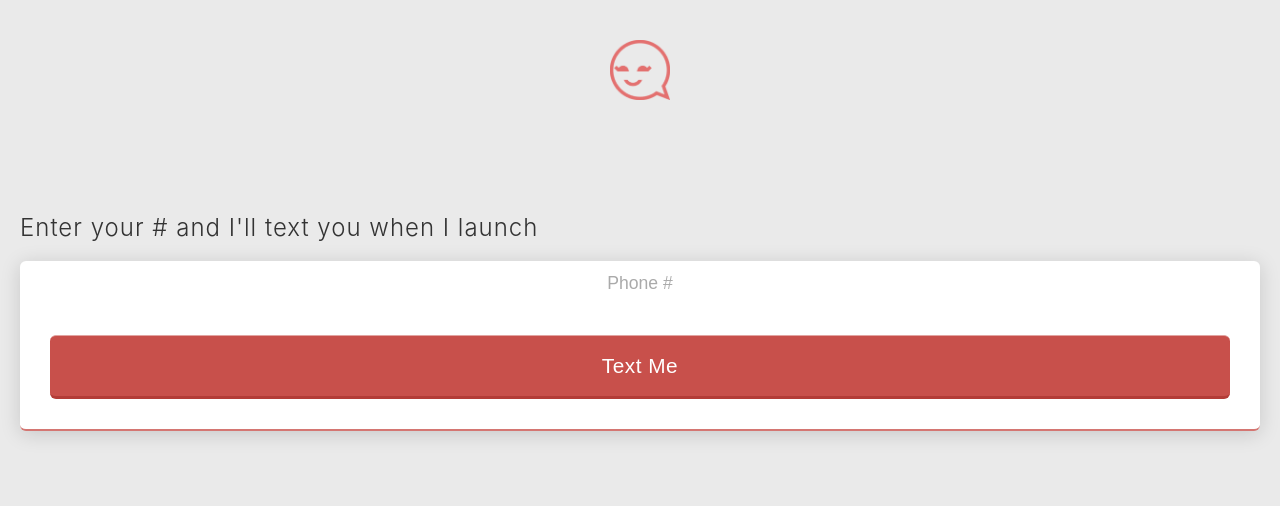
Repository: mattbobgithub/rosybot-ui
Page: rosybot-ui/dist/index.html
The author's editor kept a copy of each file at every save. The page is drawn from the files as they stood at one save, then again after the next save.
The browser window is 1280 px wide. The pictures show the whole page.
Some web libraries are served in a nearby version.

Above is the page before, as saved 2017-10-14 16:20:20.

### rosybot-ui/dist/index.html
<!DOCTYPE html>
<html>
<head>
<meta charset="utf-8">
<meta http-equiv="X-UA-Compatible" content="IE=edge">
<meta name="viewport"
	content="width=device-width, initial-scale=1, maximum-scale=1, minimum-scale=1, user-scalable=no, minimal-ui">
<title>Rosybot</title>
<link rel="shortcut icon" href="favicon.png" type="image/x-icon">
<link href="normalize.css" rel="stylesheet">
<link href="index.css" rel="stylesheet">
</head>
<body>
	<div class="logo"></div>
	<div class="container">
		<div class="confirm-message" id="confirmMessage"></div>
		<h2 id="welcomeMessage"></h2>
		<form id="rosy_custobmer_subscribe_form">
			<div class="form-groups">
				<div class="form-group"
					style="margin-left: 30px; margin-right: 30px">

					<input class="subscribe-phone" id="customerPhone" type="tel"
						placeholder="Phone #" onchange="changePhoneNumber(this)">

					<div class="bottom-buttons" id="rosyClickableArea">

						<button class="full" type="submit">Text Me</button>

					</div>


				</div>
			</div>
			<!--/ .input-group -->

		</form>



	</div>

	<script
		src="https://ajax.googleapis.com/ajax/libs/jquery/1.11.2/jquery.min.js"></script>
	<script type="text/javascript" src="js/index.js"></script>
</body>

<div id="rosySpinnerOverlay" class="modal"></div>
</html>

### rosybot-ui/dist/index.css
html {
	box-sizing: border-box;
}

*, *:before, *:after {
	box-sizing: inherit;
}

::-webkit-input-placeholder {
	color: #aaa;
}

body {
	padding: 20px;
	font-family: -apple-system, BlinkMacSystemFont, 'Segoe UI', Roboto,
		Helvetica, Arial, sans-serif, 'Apple Color Emoji', 'Segoe UI Emoji',
		'Segoe UI Symbol';
	line-height: 1.5;
	background: #eaeaea;
	color: #444;
	font-weight: 200;
}

.modal {
    display:    none;
    position:   fixed;
    z-index:    1000;
    top:        0;
    left:       0;
    height:     100%;
    width:      100%;
    background: rgba( 255, 255, 255, .8 )
                url('rosy-spinner.gif')
                50% 50%
                no-repeat;
}

/* When the body has the loading class, we turn
   the scrollbar off with overflow:hidden */
body.loading {
    overflow: hidden;
}

/* Anytime the body has the loading class, our
   modal element will be visible */
body.loading .modal {
    display: block;
}

h2 {
	color: #333333;
	font-weight: 300;
	letter-spacing: 1px;
	margin-top: 30px;
	margin-bottom: 15px;
}

h2:first-of-type {
	margin-top: 0;
}

.form-groups {
	background: white;
	box-shadow: 0 3px 20px rgba(0, 0, 0, 0.15);
	border-radius: 6px;
	border-bottom: solid 2px #d47672;
}

.form-group {
	border-bottom: 1px solid #eee;
}

.form-group:last-of-type {
	border-bottom: none;
}

.form-group label {
	display: block;
	font-size: 85%;
	padding: 8px 12px 0 12px;
	font-weight: 400;
}

.form-group input {
	padding: 5px 0;
	display: block;
	width: 100%;
	font-size: 110%;
	padding: 12px;
	background: transparent;
	font-weight: 300;
}

input {
	border: none;

}

.subscribe-phone{
	text-align: center;

}
.logo {
	height: 60px;
	background: url("rosybot_red.png");
	background-repeat: no-repeat;
	background-position: center;
	background-size: contain;
	margin: 20px 0 30px 0;
}

.bottom-buttons {
	margin: 30px 0;
}

button.full {
	background: #c8504b;
	display: block;
	border: none;
	width: 100%;
	padding: 15px;
	border-top: solid 1px #e2a4a1;
	border-bottom: solid 3px #b33c37;
	border-radius: 6px;
	color: white;
	font-weight: 300;
	font-size: 130%;
	letter-spacing: 0.5px;
	height: 64px;

}

button.full.primary {
	border-top: solid 1px #d67e7a;
	padding: 8px;
	background: #ac3934;
	border-bottom-color: #8c2f2b;
	margin-bottom: 20px;

}

.select-wrapper {
	padding: 5px 10px 10px 10px;
}

select {
	border: solid 1px #aaa;
	display: block;
	padding: 8px;
	width: 100%;
	font-size: 110%;
	font-weight: 300;
	border-radius: 4px;
	border-bottom: solid 2px #da8986;
}

.textarea-wrapper {
	padding: 5px 10px 10px 10px;

}

.order-total-wrapper {
	padding: 5px 10px 10px 10px;
		font-weight: 500;
}

textarea {
	border: solid 1px #aaa;
	display: block;
	padding: 8px;
	width: 100%;
	font-size: 110%;
	font-weight: 300;
	border-radius: 4px;
	border-bottom: solid 2px #da8986;
}

.image-wrapper {
	padding: 5px 10px 10px 10px;
}

.confirm-message{
	padding: 40px;
	color: #ac3934;
}

### rosybot-ui/dist/js/index.js
$(document)
		.ready(
				function() {


					var welcomeMessage = "Enter	your # and I'll text you when I launch";

					$('#welcomeMessage').text(welcomeMessage);

					//hide submit button until phone number input is valid
					$('#rosy_customer_subscribe_button').attr('disabled','disabled');


				});





function changePhoneNumber(data){
	var phoneNum = data.value;
	phoneNum = phoneNum.replace(/\D/g,'');
	console.log("phone change:" + phoneNum);
	if(phoneNum.length>=10){
		console.log("phone valid");
		$('#rosy_customer_subscribe_button').removeAttr('disabled');

		document.forms['rosy_custobmer_subscribe_form'].elements['customerPhone'].value = formatPhoneNumber(phoneNum);

	}else{
		console.log("phone INvalid");
	}


}


function formatPhoneNumber(s) {
  var s2 = (""+s).replace(/\D/g, '');
	  var output;
	  if(s2.length>=10){
		s2 = s2.substr(0,10);
	  var m = s2.match(/^(\d{3})(\d{3})(\d{4})$/);
	  output = m[1] + "-" + m[2] + "-" + m[3];
	  }else{
		  output = s;
	  }

	   return output;
	}




$('#rosy_custobmer_subscribe_form').submit(function(e){
	//
//	        // Stop form submission & check the validation
	        e.preventDefault();
        var phoneNum = $('#customerPhone').val();
	        console.log(phoneNum);

	        $('#welcomeMessage').css({'color':'red', 'font-size': '150%' });
	    	$('#welcomeMessage').text('THANKS! Rosy will text you when she launches');



	    	$.ajax({
	    				type : 'POST',
	    				url : 'https://a61pwasdn9.execute-api.us-east-1.amazonaws.com/custApiStage1/api/rosycustomer',
	    				data : JSON.stringify ({customerPhone: phoneNum}),
	    				success : function(data) {
	    					console.log('successful update customer:' + data);

	    					//display message
	    				},
	    				 error: function(data) {
	    				       console.log("error on subscribe rosy." + data);
	    				       $('#welcomeMessage').text('Oops, Rosy had a problem, please try later');

	    				    },
	    				contentType : "application/json",
	    				dataType : 'json'
	    			});



			$("#rosy_custobmer_subscribe_form :input").attr("disabled", true);

	    	//return false to prevent page reload
	    	 return false;

});








Array.prototype.move = function(from, to) {
	this.splice(to, 0, this.splice(from, 1)[0]);
};

function objectifyForm(formArray) {// serialize data function

	var returnArray = {};
	for (var i = 0; i < formArray.length; i++) {

		//find delivery date
		returnArray[formArray[i]['name']] = formArray[i]['value'];
	}
	return returnArray;
}

function objectifyForm(formArray) {// serialize data function

	var returnArray = {};
	for (var i = 0; i < formArray.length; i++) {

		//find delivery date
		returnArray[formArray[i]['name']] = formArray[i]['value'];
	}
	return returnArray;
}


function convertPhoneForSave(phone){
	phone = phone.replace(/\D/g,'');
	phone = '1'+phone;
	return phone;
}

Loaded but not shown: rosybot-ui/dist/normalize.css (library)

After the next save:
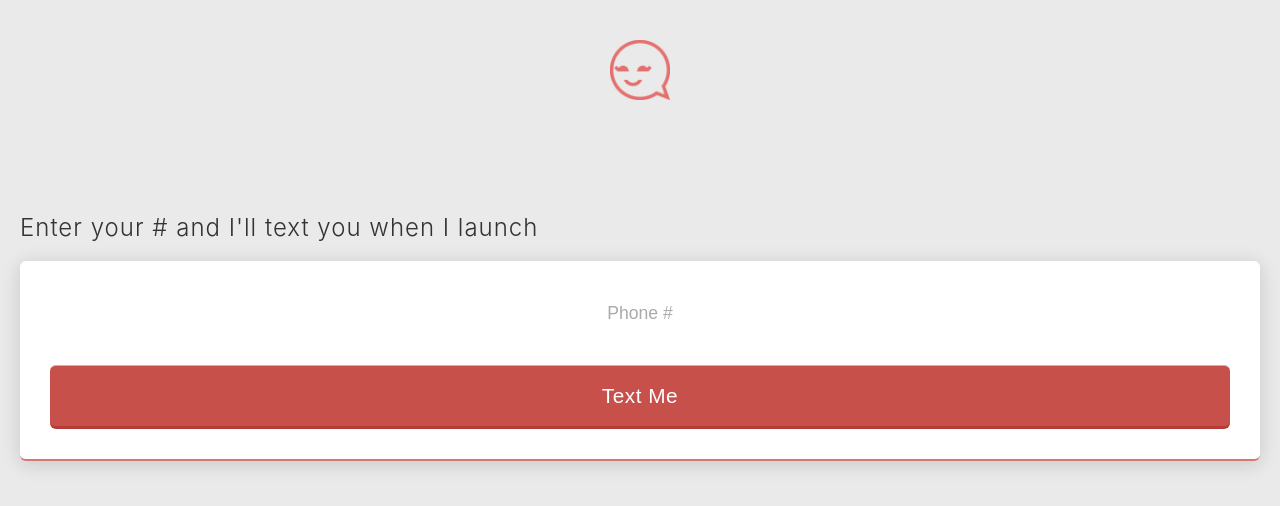
Saved 2 min 41 s later.
--- a/rosybot-ui/dist/index.html
+++ b/rosybot-ui/dist/index.html
@@ -18,7 +18,7 @@
 		<form id="rosy_custobmer_subscribe_form">
 			<div class="form-groups">
 				<div class="form-group"
-					style="margin-left: 30px; margin-right: 30px">
+					style="margin-left: 30px; margin-right: 30px; padding-top:30px">
 
 					<input class="subscribe-phone" id="customerPhone" type="tel"
 						placeholder="Phone #" onchange="changePhoneNumber(this)">
